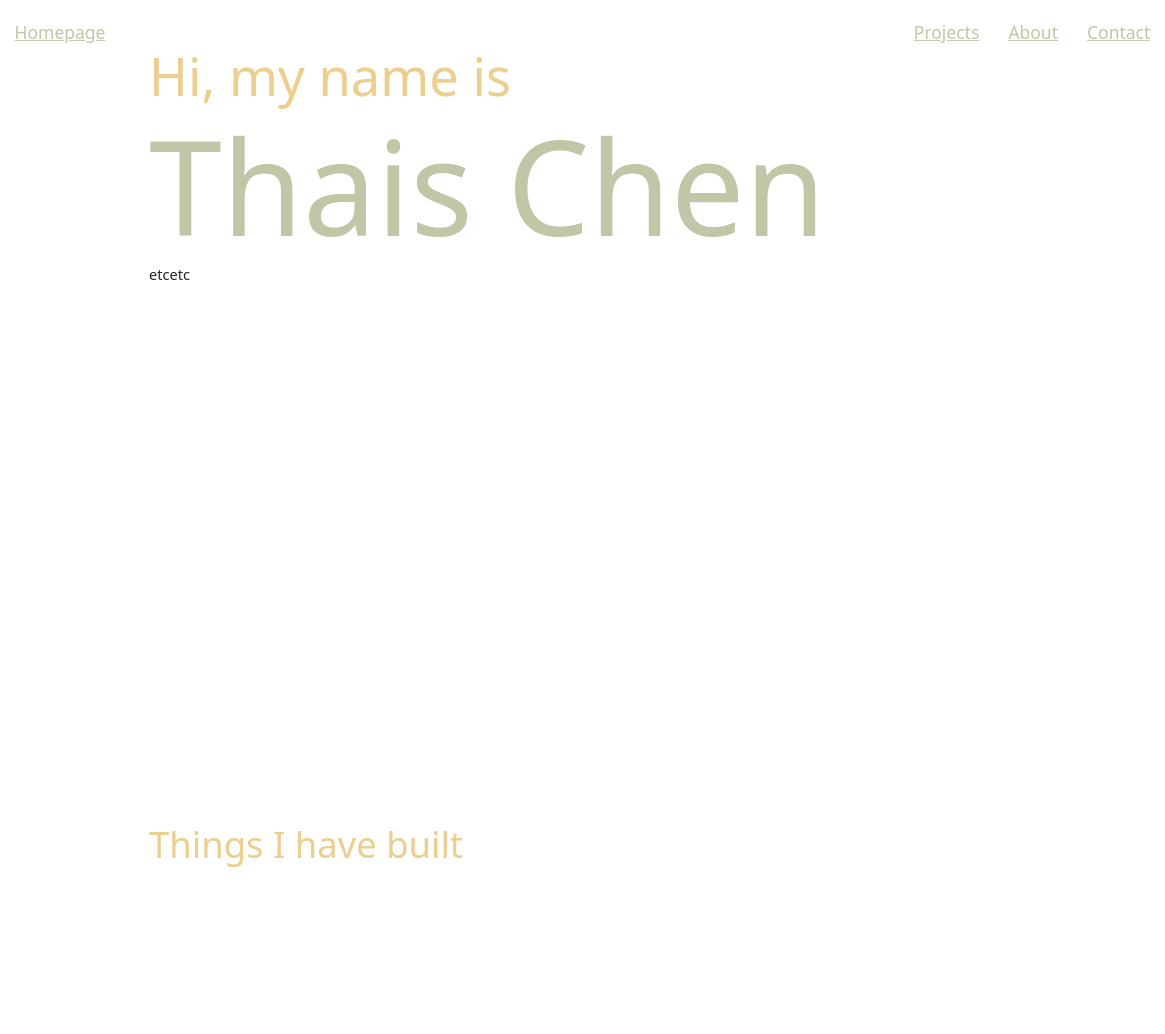
Repository: thais-chen/Portfolio
Page: index.html
These files come from the project's save history. The page is drawn as it stood at one moment and after the next save; the edit follows.
The browser window is 1280 px wide. The pictures show the whole page, at 91% of full size.

Above is the page before, as saved 2022-06-17 19:00:54.

### index.html
<!DOCTYPE html>
<html lang="en">
  <head>
    <meta charset="UTF-8">
    <meta name="viewport" content="width=device-width, initial-scale=1.0">
    <meta http-equiv="X-UA-Compatible" content="ie=edge">
    <title>Thais Chen</title>
    <!-- CSS only -->
<link href="https://cdn.jsdelivr.net/npm/bootstrap@5.2.0-beta1/dist/css/bootstrap.min.css" rel="stylesheet"
    integrity="sha384-0evHe/X+R7YkIZDRvuzKMRqM+OrBnVFBL6DOitfPri4tjfHxaWutUpFmBp4vmVor" crossorigin="anonymous">
<link rel="stylesheet" href="./style.css">
  </head>
  <body bgcolor="331832" >
    <header>
        <nav  class="navbar">
            <ul>
                <li class="nav-icon"><a href="#contact" > Contact</a></li>
                <li><a href="#about"> About</a> </li>
                <li><a href="#projects"> Projects</a></li>
                <li style="float:left"><a href="#"> Homepage </a> </li>
            </ul>
        </nav>
    </header>
    <main>
        <div class="d-flex flex-column bd-highlight mb-3">
        <section id="intro">
            <h3>Hi, my name is </h3>
            <h1>Thais Chen</h1>
            <p>etcetc</p>
        </section>
        <section id="projects">
            <h3> Things I have built </h3>
            <div id="first-proj">

            </div>
        </section>
        <section id="about">

        </section>
        <section id="contact">

        </section>
    </div>
    </main>
    <!-- JavaScript Bundle with Popper -->
    <script src="https://cdn.jsdelivr.net/npm/bootstrap@5.2.0-beta1/dist/js/bootstrap.bundle.min.js" integrity="sha384-pprn3073KE6tl6bjs2QrFaJGz5/SUsLqktiwsUTF55Jfv3qYSDhgCecCxMW52nD2" crossorigin="anonymous"></script>
	<script src="script.js"></script>
  </body>
</html>

### style.css
section{
    margin: 2rem;
}
/*navbar*/
.navbar{
    display: block;
}
.navbar ul {
    list-style: none;
    padding: 0;
    margin: 0;
  }
  .navbar li {
    float: right;
  }
  .navbar li a {
    display: inline-block;
    text-align: center;
    color: #C2C6A7;
    padding: 14px 16px;
    font-size: larger;

}
/* introduction*/
#intro{
    min-height: 100vh;
}
#intro h3{
    color: #ECCE8E;
    font-size: 8vh;
    margin-bottom: 0;
    font-weight: 100;
}
#intro h1{
    color: #C2C6A7;
    font-size: 20vh;
    margin: 0;
}
/* projects */
#projects{
    padding-top: 10vh;
}
#projects h3{
    color:#ECCE8E;
    font-size: 2.5rem;
    text-decoration: ;

}

Loaded but not shown: script.js (no copy from this time; the picture is the same without it)

After the next save:
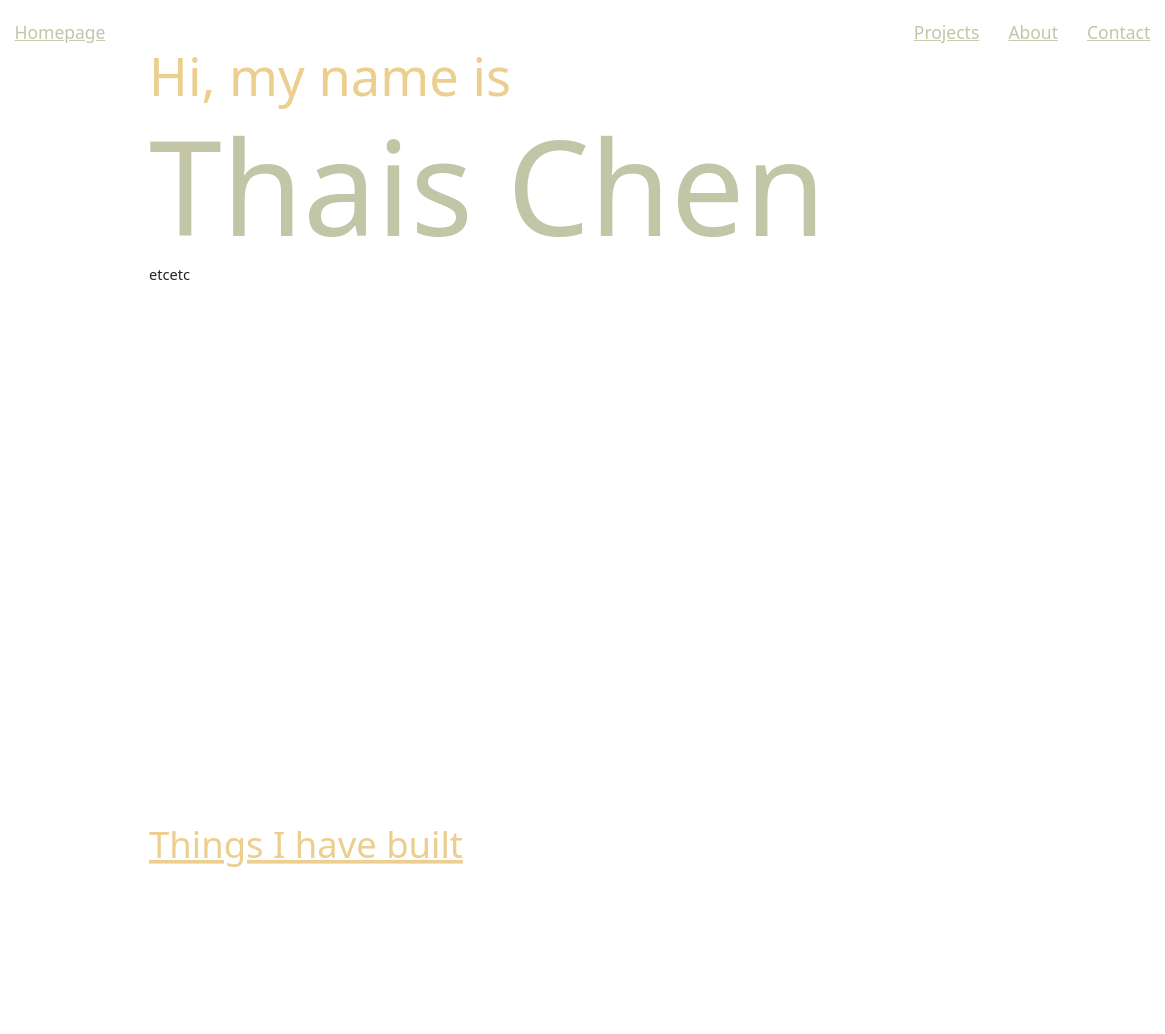
Saved 4 s later.
--- a/style.css
+++ b/style.css
@@ -43,6 +43,6 @@ section{
 #projects h3{
     color:#ECCE8E;
     font-size: 2.5rem;
-    text-decoration: ;
+    text-decoration: underline;
 
 }
